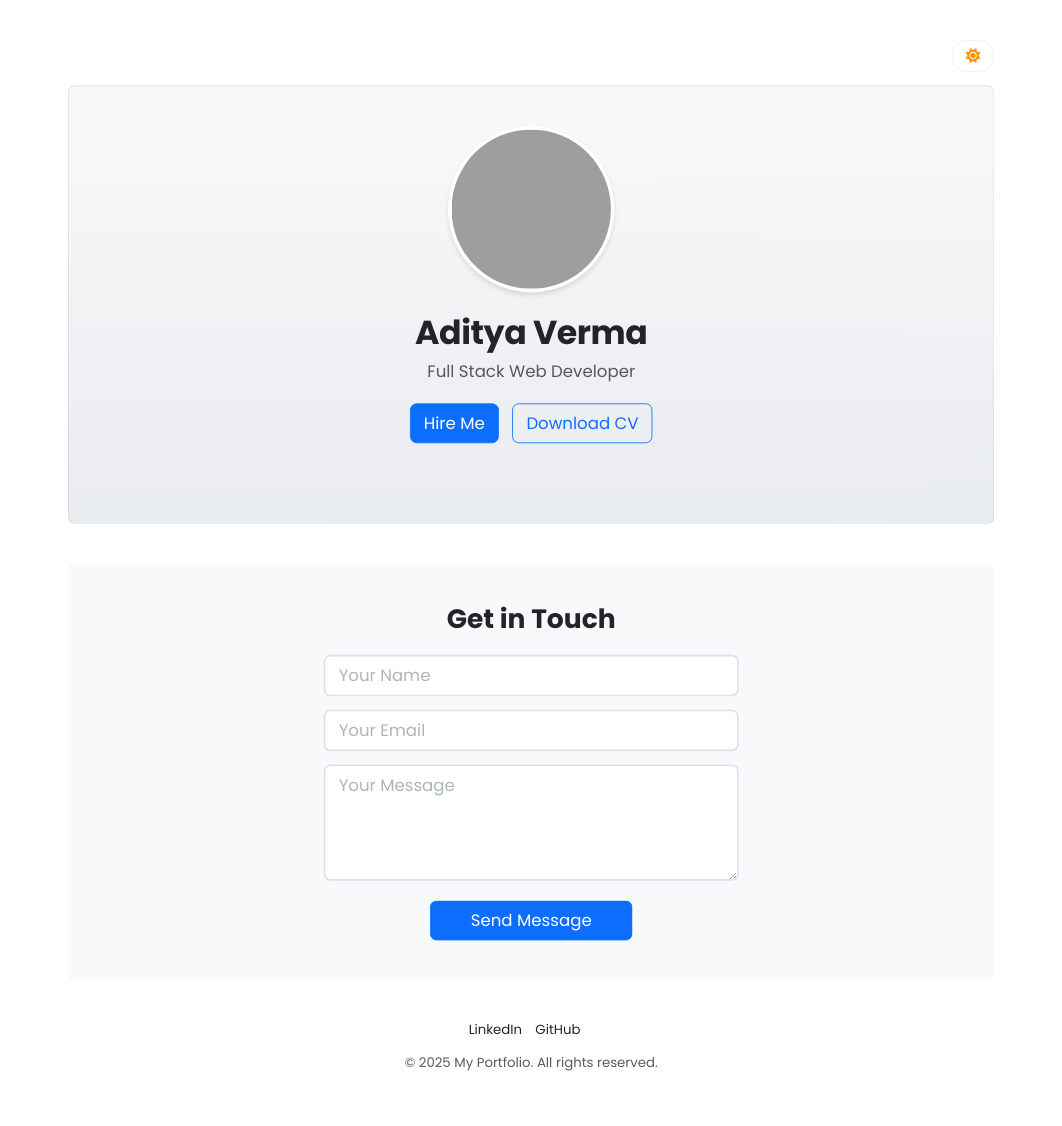
Repository: AdityaTech-Pro/FullStackWithBridgelabz
Page: Assignment10/Personal Portfolio Basics using Bootstrap Utilities/index.html
These files come from the project's save history. The page is drawn as it stood at one moment and after the next save; the edit follows.
The browser window is 1280 px wide. The pictures show the whole page, at 83% of full size.
Pictures or frames that could not be fetched are drawn as grey boxes.

Above is the page before, as saved 2025-11-10 11:31:55.

After the next save:
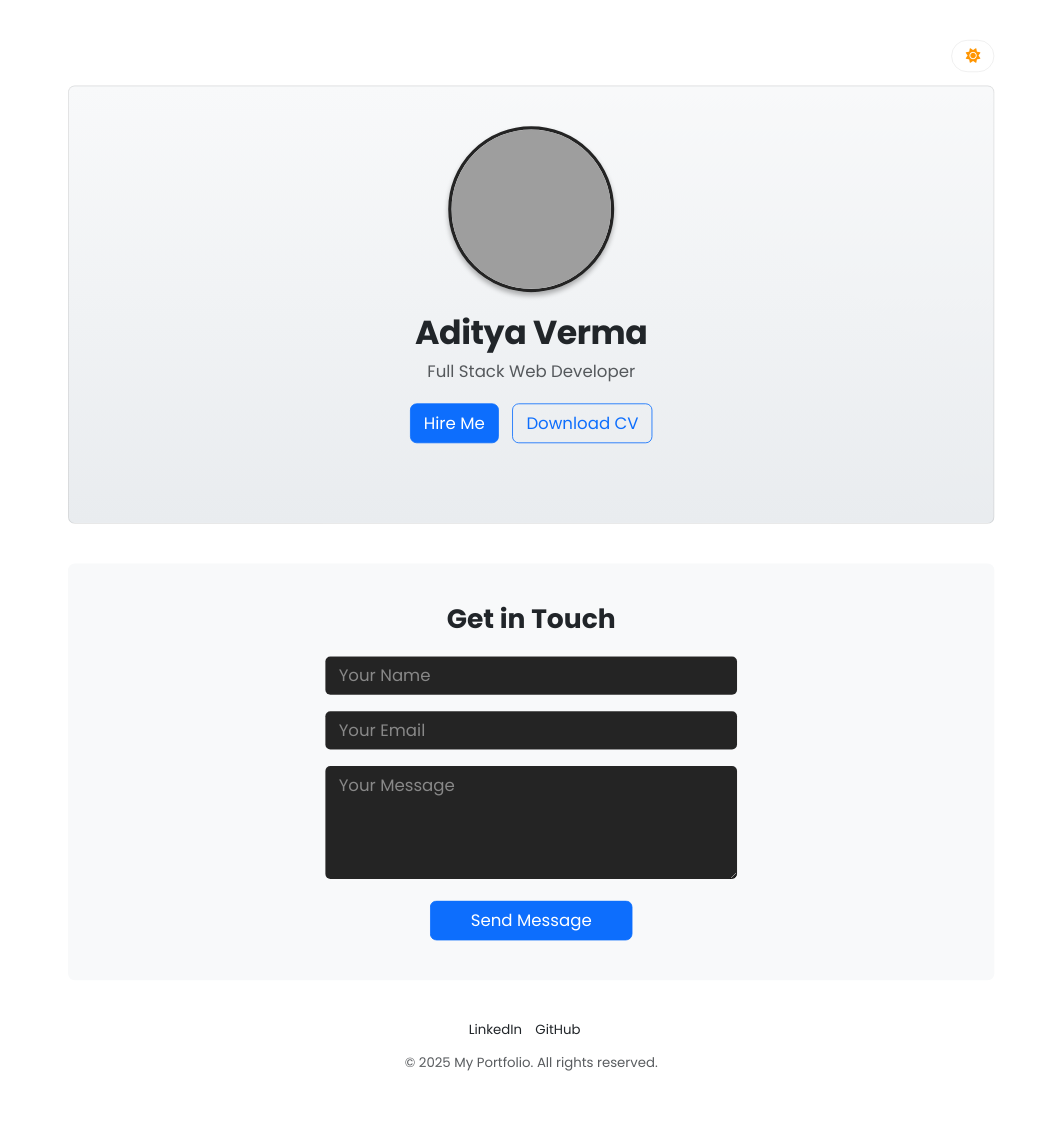
Saved 8 s later.
--- a/Assignment10/Personal Portfolio Basics using Bootstrap Utilities/index.html
+++ b/Assignment10/Personal Portfolio Basics using Bootstrap Utilities/index.html
@@ -94,16 +94,29 @@
             transform: translateY(-2px);
         }
 
+        .form-control {
+            background-color: #242424;
+            border-color: rgba(255, 255, 255, 0.1);
+            color: var(--text);
+        }
+
         .form-control:focus {
+            background-color: #2a2a2a;
+            border-color: rgba(255, 255, 255, 0.2);
             box-shadow: 0 0 0 0.25rem rgba(13, 110, 253, 0.2);
+            color: var(--text);
+        }
+
+        .form-control::placeholder {
+            color: #888;
         }
 
         .profile-img {
             width: 200px;
             height: 200px;
             object-fit: cover;
-            border: 4px solid white;
-            box-shadow: 0 4px 6px rgba(0, 0, 0, 0.1);
+            border: 4px solid #242424;
+            box-shadow: 0 4px 6px rgba(0, 0, 0, 0.3);
             transition: transform 0.25s ease;
         }
 

After the save that followed:
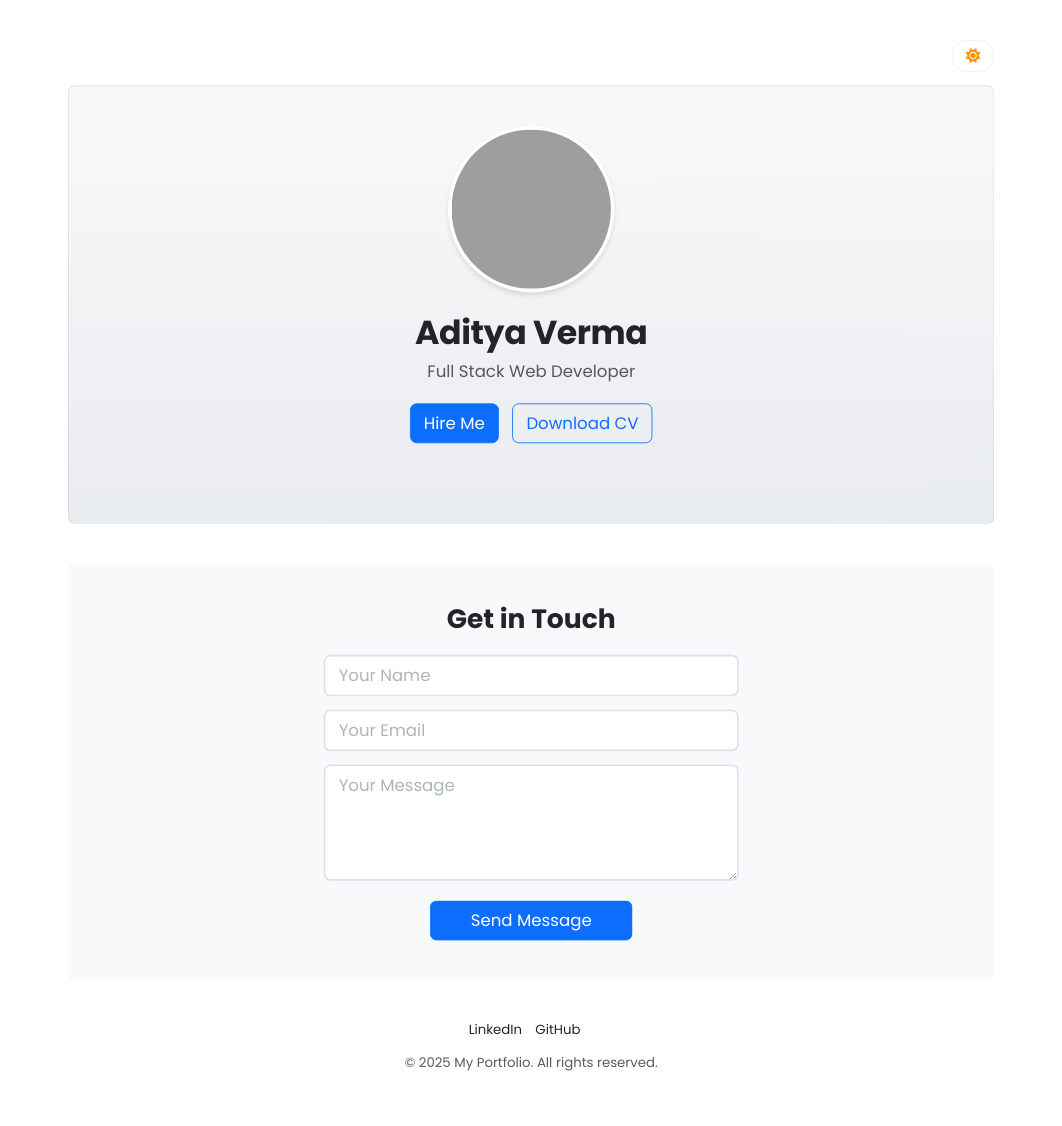
Saved 11 s later.
--- a/Assignment10/Personal Portfolio Basics using Bootstrap Utilities/index.html
+++ b/Assignment10/Personal Portfolio Basics using Bootstrap Utilities/index.html
@@ -94,29 +94,16 @@
             transform: translateY(-2px);
         }
 
-        .form-control {
-            background-color: #242424;
-            border-color: rgba(255, 255, 255, 0.1);
-            color: var(--text);
-        }
-
         .form-control:focus {
-            background-color: #2a2a2a;
-            border-color: rgba(255, 255, 255, 0.2);
             box-shadow: 0 0 0 0.25rem rgba(13, 110, 253, 0.2);
-            color: var(--text);
-        }
-
-        .form-control::placeholder {
-            color: #888;
         }
 
         .profile-img {
             width: 200px;
             height: 200px;
             object-fit: cover;
-            border: 4px solid #242424;
-            box-shadow: 0 4px 6px rgba(0, 0, 0, 0.3);
+            border: 4px solid white;
+            box-shadow: 0 4px 6px rgba(0, 0, 0, 0.1);
             transition: transform 0.25s ease;
         }
 
